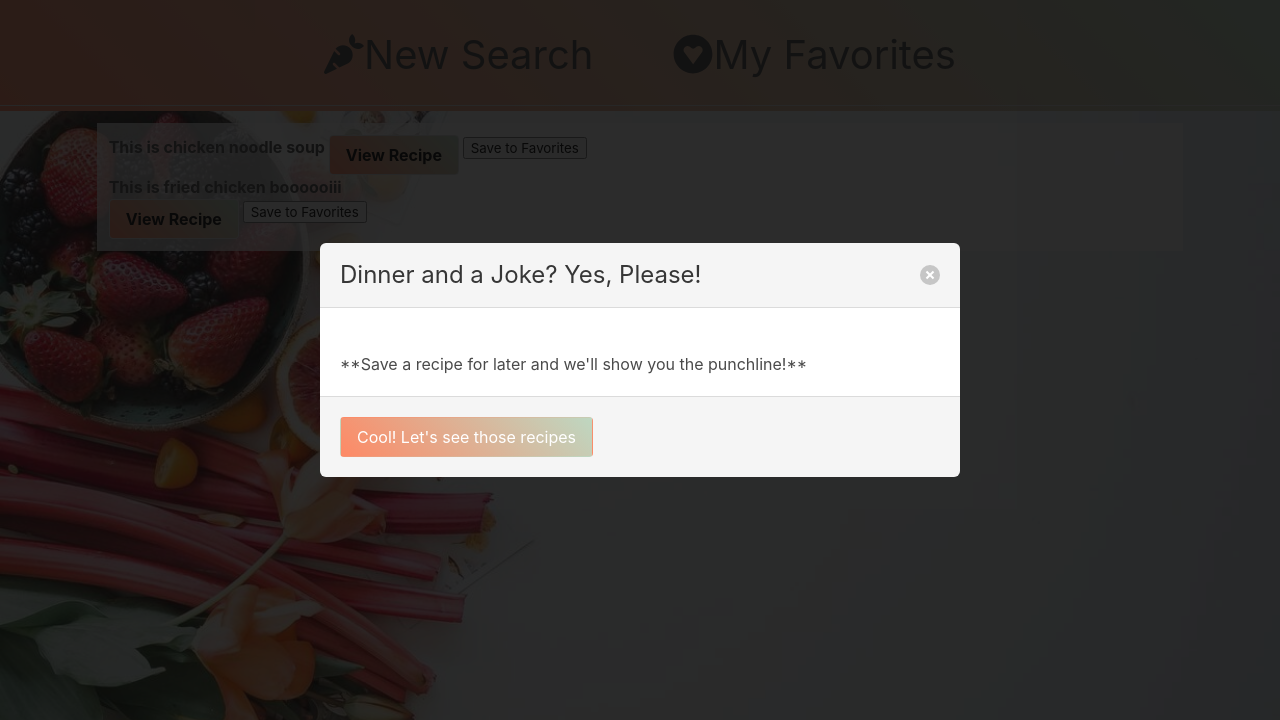
Repository: puakehaulani/the-hungry-app-proj1
Page: results.html
The author's editor kept a copy of each file at every save. The page is drawn from the files as they stood at one save, then again after the next save.
The browser window is 1280 px wide. The pictures show the window.
The page's requests for data from a server got no answer. A layer covers the whole window, so only the first screen is drawn. Some web libraries are served in a nearby version.

Above is the page before, as saved 2020-10-17 12:43:34.

### results.html
<!DOCTYPE html>
<html lang="en">

<head>
    <meta charset="UTF-8">
    <meta name="viewport" content="width=device-width, initial-scale=1.0">
    <title>Results</title>
    <!-- reset css -->
    <link rel="stylesheet" href="assets/style/reset.css">
    <!-- bulma cdn -->
    <link rel="stylesheet" href="https://cdnjs.cloudflare.com/ajax/libs/bulma/0.9.1/css/bulma.min.css">
    <!-- project css style sheet -->
    <link rel="stylesheet" href="assets/style/style.css">
</head>

<body>
    <nav class="tabs is-centered is-size-5-mobile is-size-3-tablet is-size-2-widescreen" role="navigation" aria-label="main navigation">
        <ul>
            <li>
                <!-- search new item link  -->
                <a href="index.html">
                    <span><i class="fas fa-carrot"></i></span>
                    <span>New Search</span>
                </a>
            </li>
            <li>
                <!-- link to favorites page on the left -->
                <a href="favorites.html">
                    <span><i class="fab fa-gratipay"></i></span>
                    <span>My Favorites</span>
                </a>
            </li>
        </ul>
    </nav>
    <div class="columns">
        <div class="column is-offset-1 is-10" id="resultsContentContainer">
            <ul id=“display”>
                <li>
                    This is chicken noodle soup
                    <a href="" class="button is-inverted is-outlined">View Recipe</a>
                    <button class="saveBtn is-inverted is-outlined">Save to Favorites</button>
                </li>
                <li>
                    This is fried chicken boooooiii
                    <div>
                        <a href="" class="button is-inverted is-outlined">View Recipe</a>
                        <button class="saveBtn is-inverted is-outlined">Save to Favorites</button>
                    </div>
                </li>
            </ul>
        </div>
    </div>


    <!-- bulma fontawesome -->
    <script defer src="https://use.fontawesome.com/releases/v5.14.0/js/all.js"></script>
    <!-- jquery cdn -->
    <script src="https://code.jquery.com/jquery-3.5.1.min.js"
        integrity="sha256-9/aliU8dGd2tb6OSsuzixeV4y/faTqgFtohetphbbj0=" crossorigin="anonymous"></script>
    <!-- Our JS -->
    <script src="assets/script/results.js"></script>


    <!-- // all code below is for the modal /// -->
    <div class="modal is-active" id="test">
        <div class="modal-background"></div>
        <div class="modal-card">
            <header class="modal-card-head">
                <p class="modal-card-title">Dinner and a Joke? Yes, Please!</p>
                <button class="delete" aria-label="close"></button>
            </header>
            <section class="modal-card-body">
                <h1 id="setup"></h1>
                <br>
                <h3>**Save a recipe for later and we'll show you the punchline!**</h3>
            </section>
            <footer class="modal-card-foot">
                <button class="button is-success" id="showjokesetup">
                    Cool! Let's see those recipes
                </button>
            </footer>
        </div>
    </div>

    <!-- // all code ABOVE is for the modal /// -->
    <!--punchline modal below-->
    <div class="modal" id="punch">
        <div class="modal-background"></div>
        <div class="modal-card">
            <header class="modal-card-head">
                <p class="modal-card-title">Favorite saved! Here's your punchline:</p>
                <button class="delete" aria-label="close"></button>
            </header>
            <section class="modal-card-body">
                <h1 id="punchline"></h1>
            </section>
            <footer class="modal-card-foot">
                <button class="button is-success" id="closepunchline">
                    wow that was hilarious!
                </button>
            </footer>
        </div>
    </div>


</body>

</html>

### assets/style/style.css

html{
    background-image: url(images/foodOnSIde.jpg);
    background-size: cover;
    min-height: 800px;
    background-repeat: no-repeat;
}

.tabs{
    background-image: linear-gradient(45deg, #FE8965, #BED7C1) ;
    padding-bottom: 5px;
    padding-top: 5px;
    color: black !important;
}


.button{
    background-image: linear-gradient(45deg, #FE8965, #BED7C1) ;
    color: black;
}

/* Elements only in index html */

#indexInstructions{
    background-color: rgb(236,75,70, .75);
}

#indexInstructions p{
    font-weight: bold;
    color: white;
}

#ingredientSearch{
    display: inline-block;
}

th{
    background-image: linear-gradient(45deg, #FE8965, #BED7C1) ;
    color: black !important;
}

#display { background-color: rgba(252, 177, 15, 0.55) ;
           color: black;
           float: left;
           }

/* Elements that only exist on results html*/
#resultsContentContainer{
    background-color: rgb(255, 255, 255, .7);
    color: rgb(76,75,75);
    font-weight: bolder;
    float: left;
}
#display li{
    display: flex;
    justify-content: space-between;
}
#resultsContentContainer{
    background-color: rgb(255, 255, 255, .7);
    color: rgb(76,75,75);
    font-weight: bolder;
    float: left;
}
#display li{
    display: flex;
    justify-content: space-between;
}






#favRecipes{
    min-height: 300px;
    color: black;
    background-color: rgb(256, 256, 256, .9);
    border-radius: 15px;
}

#favRecipes h1{
    background-image: linear-gradient(45deg, #FE8965, #BED7C1) ;
    border-radius: 10px;
}

#favJokes{
    min-height: 300px;
    color: black;
    background-color: rgb(256, 256, 256, .9);
    border-radius: 15px;
}

#favJokes h1{
    background-image: linear-gradient(45deg, #FE8965, #BED7C1) ;
    border-radius: 10px;
}

### assets/script/results.js
// -----GLOBAL VAR-----
// string of user input ingredients from local storage
let ingredientsString = localStorage.getItem("ingredients")
console.log(ingredientsString);

// -----build functions-----

// ---build ingredient endpoint function---
function buildIngredientsURL() {
    let ingredientsAPIURL = "https://api.spoonacular.com/recipes/findByIngredients?"
    let ingredientsParams = {
        //route to user input id for ingredients
        apiKey: "eb7473b82620444ab521e6fa290c08a3",
        //route to user input id for recipe type (query)
        ingredients: ingredientsString,
        // //route to user input id for number of results
        // number: "",
    };
    console.log(ingredientsAPIURL + $.param(ingredientsParams));
    return ingredientsAPIURL + $.param(ingredientsParams);
}


// show results function
function showResults(responseli) {
    // -----build recipe url-----
    let $display = $("#display");
    $display.empty();
    for (i = 0; i < 10; i++) {
        let li = $("<li>");
        let viewBtn = $("<a>");
        let saveBtn = $("<button>");
        li.text(responseli[i].title);
        viewBtn.text("View Recipe");
        viewBtn.attr("class", "button is-inverted is-outlined");
        viewBtn.attr("target", "_blank")
        saveBtn.text("Save to Favorites");
        saveBtn.attr("id", "saveBtn");
        saveBtn.attr("class", "is-inverted is-outlined");

        li.append(viewBtn);
        li.append(saveBtn);
        $display.append(li);

        let recipeId = responseli[i].id;
        console.log(recipeId);
        let recipeAPI = "https://api.spoonacular.com/recipes/" + recipeId + "/information?apiKey=eb7473b82620444ab521e6fa290c08a3&includeNutrition=false";
        // ajax call to get url for recipe, commented out to preserve quota
        $.ajax({
            url: recipeAPI,
            method: "GET",
        }).then(function (response) {
            console.log(response);
            let responseLink = response.sourceUrl;
            console.log(responseLink);
            li.attr("data-link", responseLink);
            viewBtn.attr("href", responseLink);
        })
    }
}


// https://official-joke-api.appspot.com/random_joke
// ----build URL function----

$(document).ready(function () {
    let queryURL = "https://official-joke-api.appspot.com/random_joke";
    $.ajax({
        url: queryURL,
        method: "GET"
    }).then(function (response) {
        console.log(response.setup);
        console.log(response.punchline);
        $("#setup").text(response.setup)
        $("#punchline").text(response.punchline)
        localStorage.setItem("punchline", response.punchline)
        localStorage.setItem("setup", response.setup)
    });

    // event listener and handling for a user that doesn't want to see joke
    $("#nojoke").on("click", function () {
        console.log("no")
    });


    let test = document.querySelector("#test");
    let showjokesetup = document.querySelector("#showjokesetup");
    console.log(showjokesetup);
    showjokesetup.addEventListener("click", function () {
        test.classList.toggle("is-active");
    })
});


// -----CALLS-----
let ingredientAPI = buildIngredientsURL();
//ajax call working, commented out to preserve quota
$.ajax({
    url: ingredientAPI,
    method: "GET",
}).then(function (response) {
    console.log(response);
    showResults(response);
    // click function for save btn, same format as for modal earlier //
    let punch = document.querySelector("#punch");
    let showpunchline = document.querySelector("#saveBtn");
    console.log("lexilog " + showpunchline);
    showpunchline.addEventListener("click", function () {
        punch.classList.toggle("is-active");
        console.log("lexilog2 " + localStorage.getItem("punchline"));
        $("#punchline").text(localStorage.getItem("punchline"));

        //these local storages needs work, this will currently just store one
        // localStorage.setItem("favetitle ", );
        // localStorage.setItem("favelink ", );
    })
    // click function to close modal
    let closepunchline = document.querySelector("#closepunchline");
    console.log("lexilogclose " + closepunchline);
    closepunchline.addEventListener("click", function () {
        punch.classList.toggle("is-active");
    })
})

Loaded but not shown: assets/style/reset.css (common file)

After the next save:
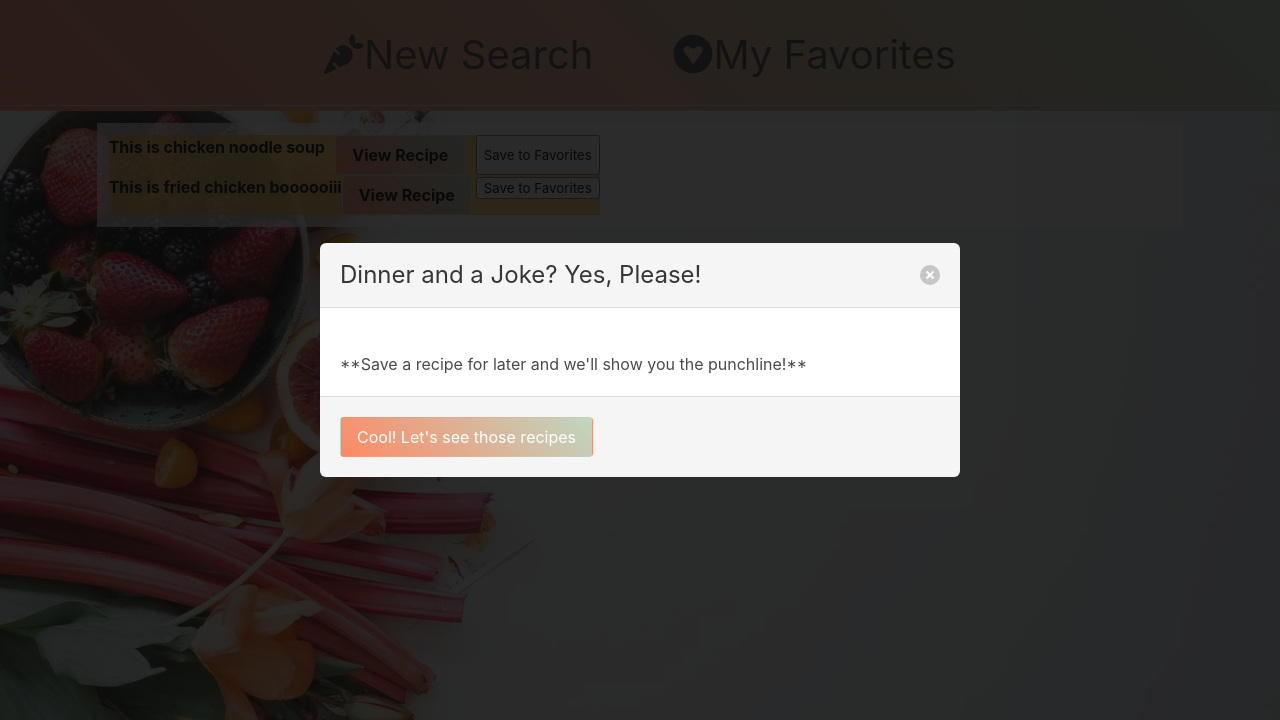
Saved 21 s later.
--- a/results.html
+++ b/results.html
@@ -34,7 +34,7 @@
     </nav>
     <div class="columns">
         <div class="column is-offset-1 is-10" id="resultsContentContainer">
-            <ul id=“display”>
+            <ul id="display">
                 <li>
                     This is chicken noodle soup
                     <a href="" class="button is-inverted is-outlined">View Recipe</a>
